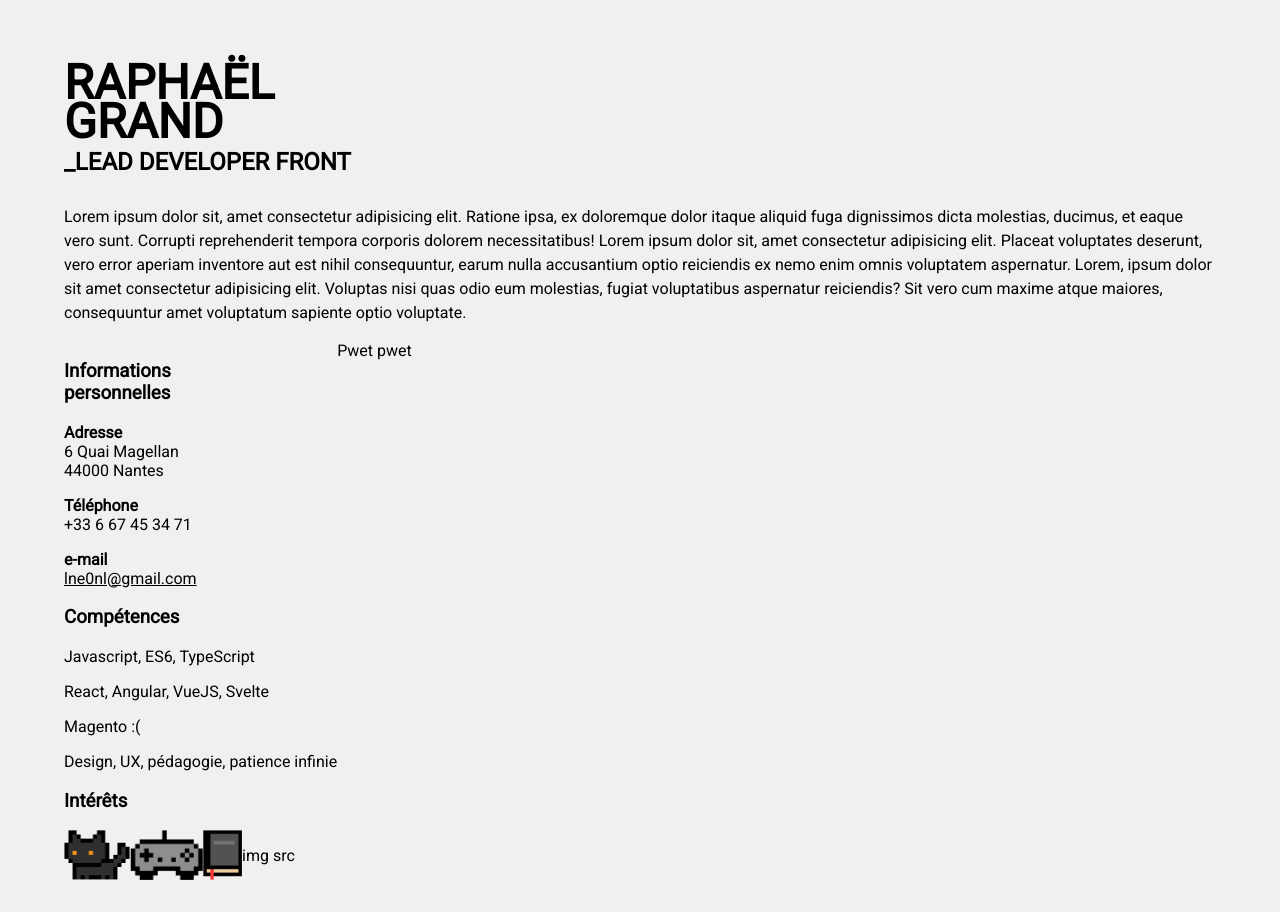
Repository: lne0nl/resume
Page: index.html
These files come from the project's save history. The page is drawn as it stood at one moment and after a run of saves; the edit follows.
The browser window is 1280 px wide. The pictures show the whole page.

Above is the page before, as saved 2021-12-10 11:02:37.

After the next 2 saves:
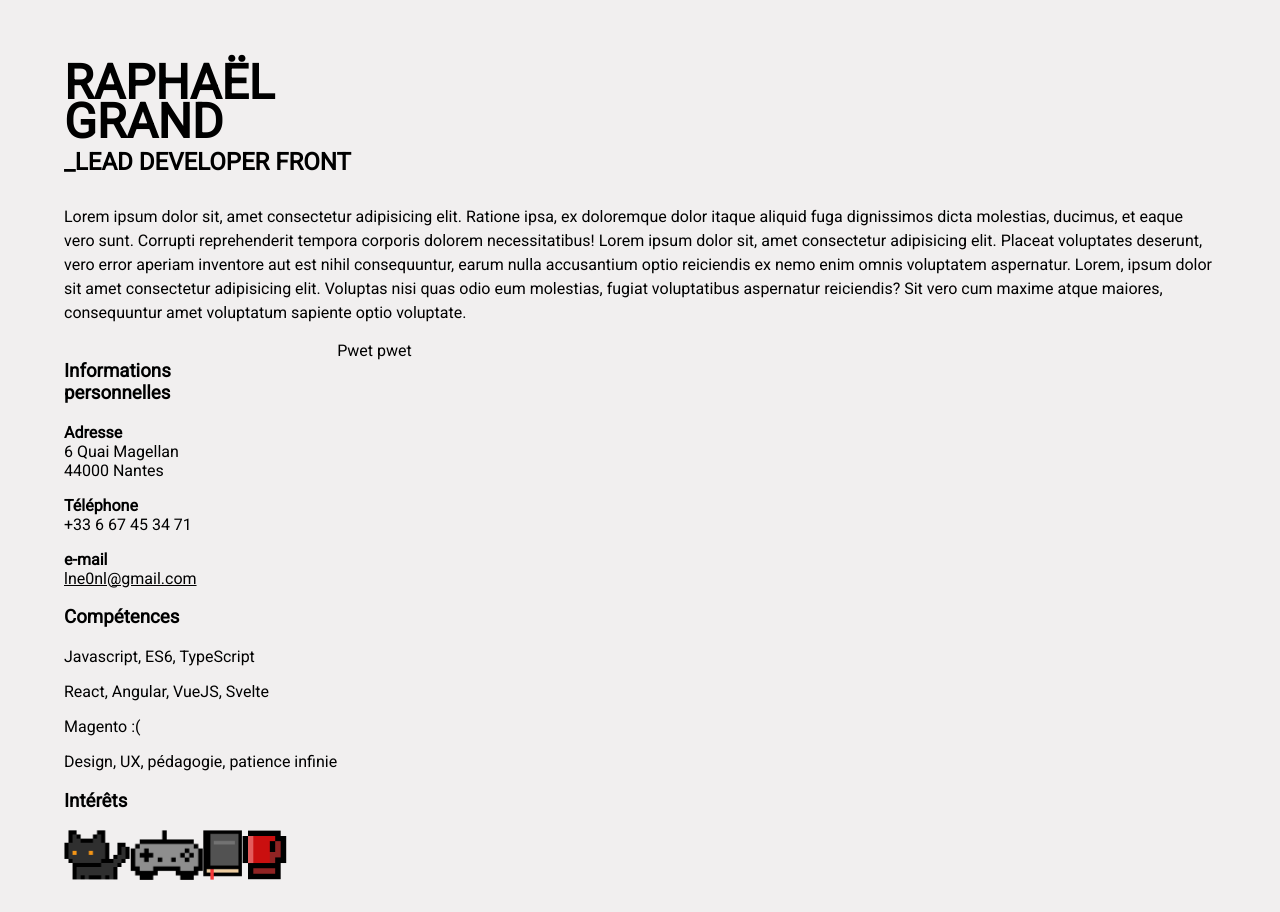
The 2 saves are shown as one change because they came seconds apart.
The last was saved 11 s later.
--- a/index.html
+++ b/index.html
@@ -65,7 +65,7 @@
             <img src="images/cat.png" alt="animals" title="Animaux">
             <img src="images/pad.png" alt="video games" title="Jeux Vidéo">
             <img src="images/book.png" alt="book" title="Littérature">
-            img src
+            <img src="images/gloves.png" alt="" srcset="">
           </div>
           <!-- <ul class="interests">
             <li title="Animaux"><img src="images/cat.png" alt="animals"></li>
